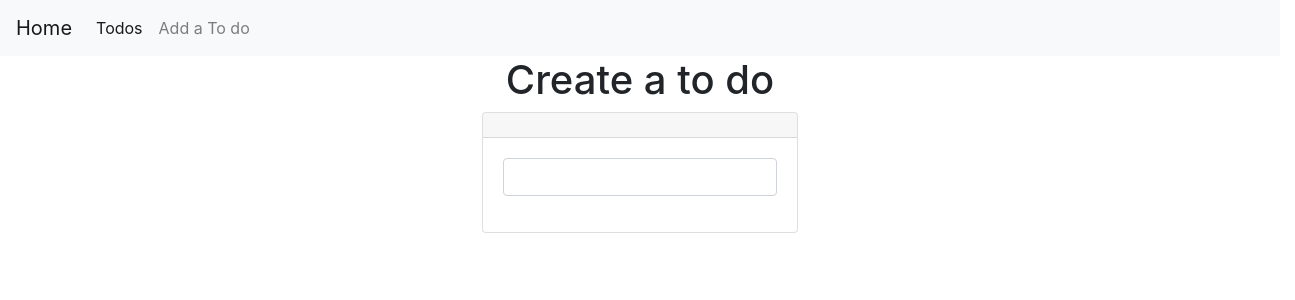
Repository: Azariagmt/laravel-to-do-app
Page: http://localhost/new-to-do
These files come from the project's save history. The page is drawn as it stood at one moment and after a run of saves; the edit follows.
The browser window is 1280 px wide. The page is 1295 px wide, so the pictures cover 1295 px, including what lies to the right of the window. The pictures show the whole page.
The page is served by the project's Laravel application, run on PHP 8.4 with Laravel 8. Other server files are loaded and not shown.

Above is the page before, as saved 2020-04-27 22:47:57.

### routes/web.php
<?php

use Illuminate\Support\Facades\Route;

/*
|--------------------------------------------------------------------------
| Web Routes
|--------------------------------------------------------------------------
|
| Here is where you can register web routes for your application. These
| routes are loaded by the RouteServiceProvider within a group which
| contains the "web" middleware group. Now create something great!
|
*/

Route::get('/', function () {
    return view('welcome');
});

Route::get('/todos', 'TodosController@index')->name('todos');

Route::get('todos/{todo}', 'TodosController@show')->name('todo');

Route::get('/new-to-do', 'TodosController@new')->name('new');

### app/Http/Controllers/TodosController.php
<?php

namespace App\Http\Controllers;

use Illuminate\Http\Request;
use App\Todo;

class TodosController extends Controller
{
    public function index(){
        $todos = Todo::all();
        return view('todos.index', [
            'todos' => $todos
        ]);
    }
    public function show($todoId){

        $todo = Todo::find($todoId);
        return view('todos.show',[
            'todo' => $todo
        ]);
    }
    public function new(){
        return view('todos.new');
    }
}

### resources/views/todos/new.blade.php
@extends('layouts')

@section('content')
<h1 class="text-center">
Create a to do
</h1>
<div class="row justify-content-center">
<div class="card card-default">
<div class="card-header">
</div>
<div class="card-body">
<form action="">
<div class="form-group">
<input type="text" class="form-control" name="name">
</div>
</form>
</div>
</div>
</div>
@endsection

### resources/views/layouts.blade.php
<!DOCTYPE html>
<!--[if lt IE 7]>      <html class="no-js lt-ie9 lt-ie8 lt-ie7"> <![endif]-->
<!--[if IE 7]>         <html class="no-js lt-ie9 lt-ie8"> <![endif]-->
<!--[if IE 8]>         <html class="no-js lt-ie9"> <![endif]-->
<!--[if gt IE 8]><!--> <html class="no-js"> <!--<![endif]-->
    <head>
        <meta charset="utf-8">
        <meta http-equiv="X-UA-Compatible" content="IE=edge">
        <title>To do app</title>
        <meta name="description" content="">
        <meta name="viewport" content="width=device-width, initial-scale=1">
        <link rel="stylesheet" href="https://stackpath.bootstrapcdn.com/bootstrap/4.4.1/css/bootstrap.min.css" integrity="sha384-Vkoo8x4CGsO3+Hhxv8T/Q5PaXtkKtu6ug5TOeNV6gBiFeWPGFN9MuhOf23Q9Ifjh" crossorigin="anonymous">
        <link rel="stylesheet" href="">
    </head>
    <body>
        <!--[if lt IE 7]>
            <p class="browsehappy">You are using an <strong>outdated</strong> browser. Please <a href="#">upgrade your browser</a> to improve your experience.</p>
        <![endif]-->
        <nav class="navbar navbar-expand-lg navbar-light bg-light">
  <a class="navbar-brand" href="/">Home</a>
  <button class="navbar-toggler" type="button" data-toggle="collapse" data-target="#navbarNav" aria-controls="navbarNav" aria-expanded="false" aria-label="Toggle navigation">
    <span class="navbar-toggler-icon"></span>
  </button>
  <div class="collapse navbar-collapse" id="navbarNav">
    <ul class="navbar-nav">
      <li class="nav-item active">
        <a class="nav-link" href="{{route('todos')}}">Todos <span class="sr-only">(current)</span></a>
      </li>
      <li class="nav-item">
        <a class="nav-link" href="{{route('new')}}">Add a To do <span class="sr-only">(current)</span></a>
      </li>
    </ul>
  </div>
</nav>
        @yield('content')
        <script src="" async defer></script>
    </body>
</html>

Loaded but not shown: app/Http/Controllers/Controller.php (common file)

After the next 2 saves:
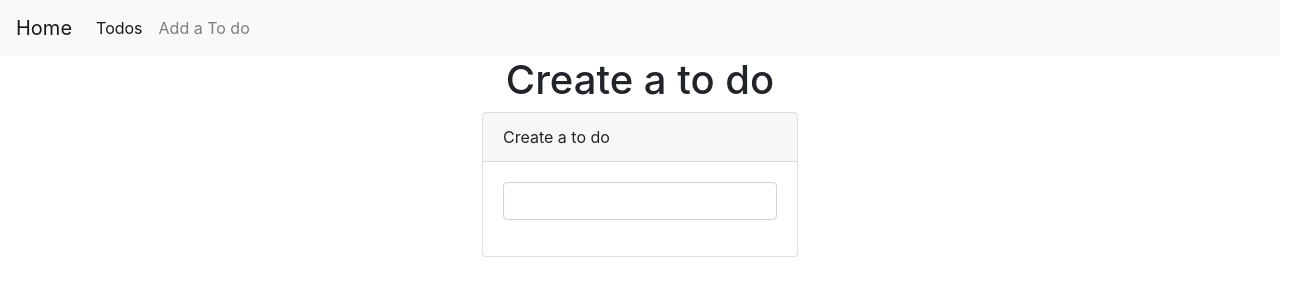
The 2 saves are shown as one change because they came seconds apart.
The last was saved 13 s later.
--- a/resources/views/todos/new.blade.php
+++ b/resources/views/todos/new.blade.php
@@ -7,6 +7,7 @@ Create a to do
 <div class="row justify-content-center">
 <div class="card card-default">
 <div class="card-header">
+Create a to do
 </div>
 <div class="card-body">
 <form action="">
